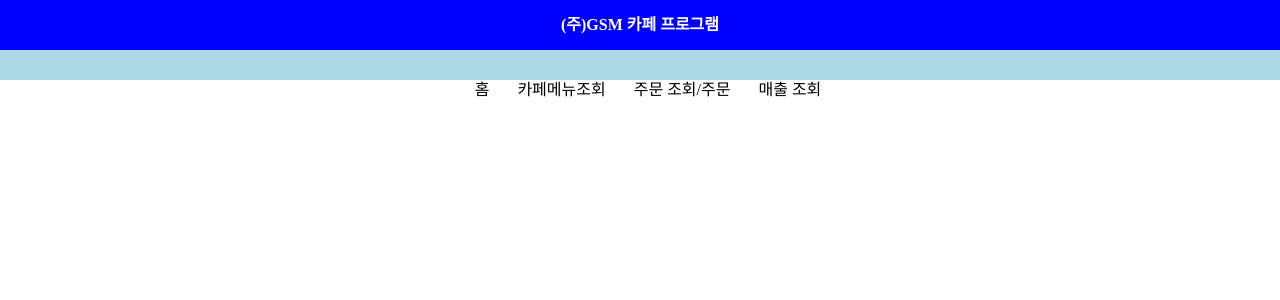
Repository: jiye-stingray/JSP
Page: http://localhost/Cafe/
These files come from the project's save history. The page is drawn as it stood at one moment and after the next save; the edit follows.
The browser window is 1280 px wide. The pictures show the whole page.
The page is served by Tomcat 9.

Above is the page before, as saved 2022-09-22 10:53:36.

After the next save:
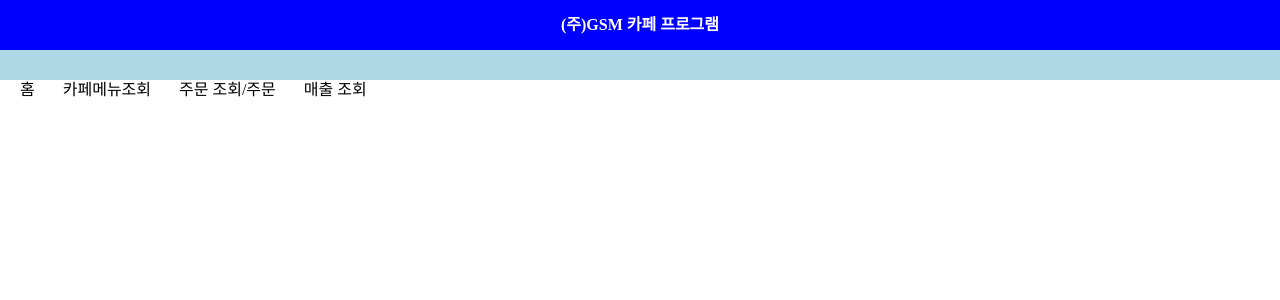
Saved 36 s later.
--- a/WithMIRA/Cafe/src/main/webapp/index.jsp
+++ b/WithMIRA/Cafe/src/main/webapp/index.jsp
@@ -12,7 +12,7 @@ line-height: 50px; background-color: blue; color: white;">
 <b> (주)GSM 카페 프로그램 </b>
 </header>
 
-<nav style = "position: fixed; top: 50px; left:0; height: 30px; width: 100%; text-align: center; line-height: 80px; background-color: lightblue;
+<nav style = "position: fixed; top: 50px; left:0; height: 30px; width: 100%; line-height: 80px; background-color: lightblue;
 padding-left: 20px">
 홈 &nbsp; &nbsp; &nbsp;
 카페메뉴조회 &nbsp; &nbsp; &nbsp;
